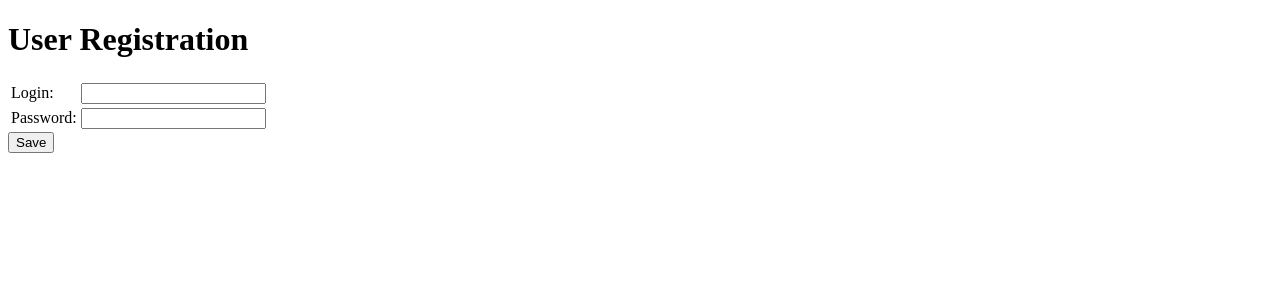
Repository: ViniciusBeletella/project-jsp
Page: http://localhost/project-jsp/userRegistration.jsp
These files come from the project's save history. The page is drawn as it stood at one moment and after the next save; the edit follows.
The browser window is 1280 px wide. The pictures show the whole page.
The page is served by Tomcat 9. Other server files are loaded and not shown.

Above is the page before, as saved 2019-12-12 09:13:30.

### project-jsp/WebContent/userRegistration.jsp
<%@ page language="java" contentType="text/html; charset=UTF-8"
	pageEncoding="UTF-8"%>
<%@ taglib uri="http://java.sun.com/jsp/jstl/core" prefix="c" %>
<!DOCTYPE html>
<html>
<head>
<meta charset="UTF-8">
<title>User Registration</title>
</head>
<body>

	<h1>User Registration</h1>

	<form action="saveUser" method="post">
		<table>
			<tr>
				<td>Login:</td>
				<td><input type="text" id="login" name="login" value="${user.login}"></td>
			</tr>

			<tr>
				<td>Password:</td>
				<td><input type="password" id="password" name="password" value="${user.password}"></td>
			</tr>
		</table>
		<input type="submit" value="Save">
	</form>
	<table>

	<c:forEach items="${user}" var="user">
	<tr>
	<td style="width: 150px"><c:out value="${user.login}"></c:out></td>
		<td><c:out value="${user.password}"></c:out></td>
		<td><a href="saveUser?acao=delete&user=${user.login}">Delete</a> </td>
		<td><a href="saveUser?acao=edit&user=${user.login}">Edit</a> </td>

	</tr>

	</c:forEach>

	</table>


</body>
</html>

After the next save:
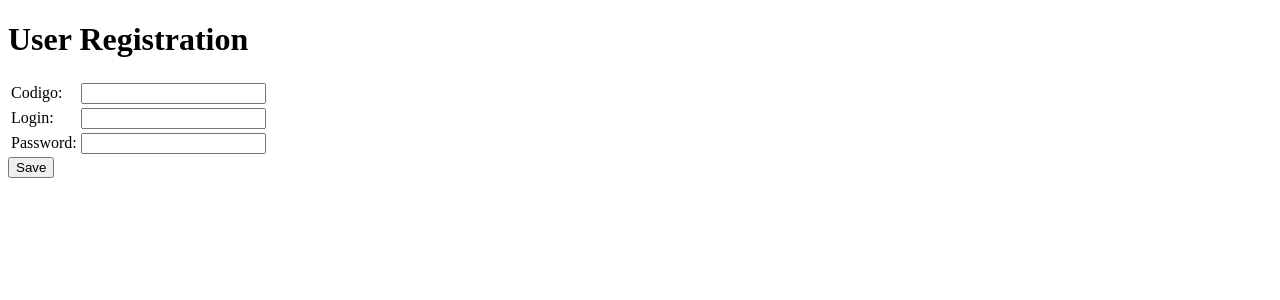
Saved 3 min 21 s later.
--- a/project-jsp/WebContent/userRegistration.jsp
+++ b/project-jsp/WebContent/userRegistration.jsp
@@ -13,6 +13,10 @@
 
 	<form action="saveUser" method="post">
 		<table>
+		    <tr>
+				<td>Codigo:</td>
+				<td><input type="text" id="id" name="id" value="${user.id}"></td>
+			</tr>
 			<tr>
 				<td>Login:</td>
 				<td><input type="text" id="login" name="login" value="${user.login}"></td>
